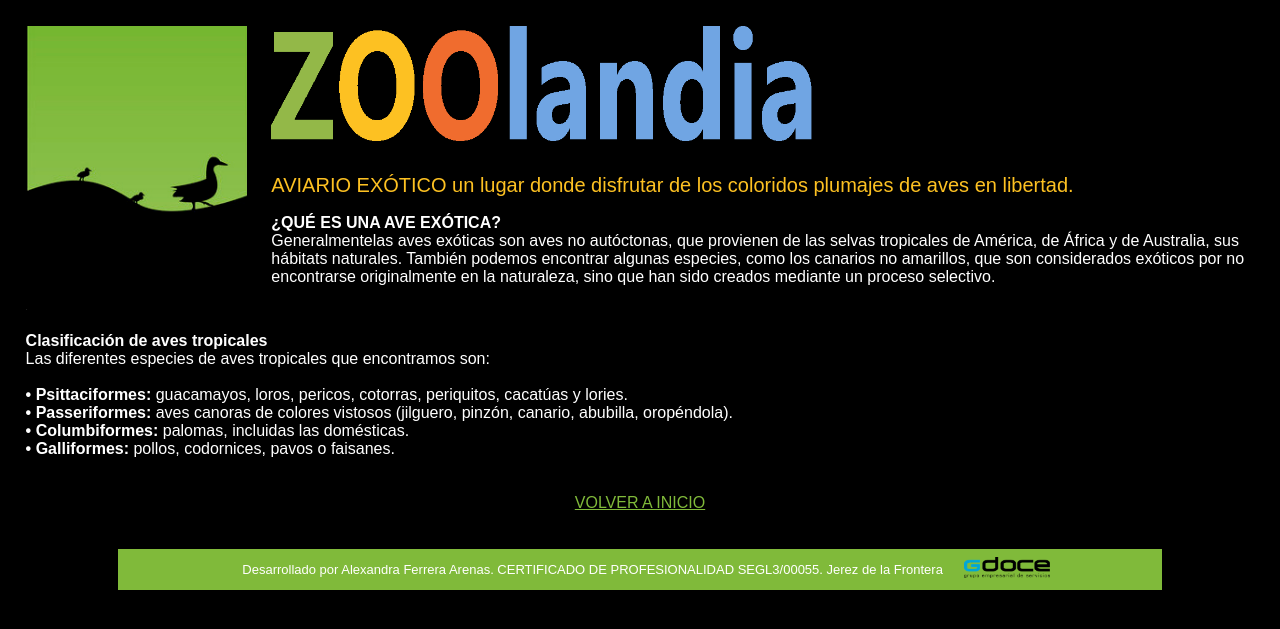
Repository: iSaan86/EV_Pr-ctica_Zoolandia
Page: aviario.html
The author's editor kept a copy of each file at every save. The page is drawn from the files as they stood at one save, then again after the next save.
The browser window is 1280 px wide. The pictures show the whole page.

Above is the page before, as saved 2023-11-27 18:37:45.

### aviario.html
<!DOCTYPE html>
<html lang="es-ES">
	<head>
		<title>
			ZOOlandia Aviario
		</title>
		<meta charset="UTF-8">
		<meta name="viewport" content="width=device-width, initial-scale=1.0">
		<meta name="keywords" content="zoo, aventura, naturaleza, aviario, sabana">
		<meta name="description" content="Aviario Exótico ZOOlandia">
		<meta name="author" content="Alexandra Ferrera Arenas">
		<link rel="icon" type="image/x-icon" href="img/favicon.png">

    </head>

    <body style="background-color:black;font-family: Arial, Helvetica, sans-serif; padding: 2%; margin:0">
     <!--Seccion de arriba-->
     <!--Imagen y texto-->
        <section style="display: flex; width: 100%;">
            <article style="width: 20%; justify-content: center;">
                <img src="img/imagen1.jpg" alt="Aviario Exótico" title="Aviario Exótico" width="90%">
            </article>
            <article style="width: 80%">
                <section>
                    <img src="img/zoolandia_titulo.gif" alt="Zoolandia Logo" width="55%" style="text-align: left;">
                </section>
                <section style="margin:3% 0%">
                    <h2 style="color:#fdc122; text-align: left; font-weight: normal; font-size: 20px;">
                        AVIARIO EXÓTICO un lugar donde disfrutar de los coloridos plumajes de aves en libertad.
                    </h2>
                    <p style="color: white;font-weight: lighter;">
                        <strong> ¿QUÉ ES UNA AVE EXÓTICA?</strong>
                        <br>Generalmentelas aves exóticas son aves no autóctonas, que provienen de las selvas tropicales de América, de África y de Australia, sus hábitats naturales. También podemos encontrar algunas especies, como los canarios no amarillos, que son considerados exóticos por no encontrarse originalmente en la naturaleza, sino que han sido creados mediante un proceso selectivo.
                    </p>
                </section>
            </article>
        </section>
    <!--Texto Clasificación Aves-->

        <section>
            <p  style="color: white; font-weight: lighter;">
                <strong> Clasificación de aves tropicales</strong>
                <br>Las diferentes especies de aves tropicales que encontramos son:
                <br><br><strong>• Psittaciformes:</strong> guacamayos, loros, pericos, cotorras, periquitos, cacatúas y lories.
                <br><strong>• Passeriformes:</strong> aves canoras de colores vistosos (jilguero, pinzón, canario, abubilla, oropéndola).
                <br><strong>• Columbiformes:</strong> palomas, incluidas las domésticas.
                <br><strong>• Galliformes:</strong> pollos, codornices, pavos o faisanes.
            </p>
        </section>

    <!--Enlace Volver a Inicio-->
       <section style="width: 100%; justify-content: center; align-items:center; text-align: center; margin: 3% 0%">
        <a href="index.html" style="color:#80ba3a"> VOLVER A INICIO</a>
       </section>

    <!--Pie de página-->
        <footer style="display: flex; width: 100%; margin:3% 0%; align-items: center; justify-content: center; text-align: center">
            <section style="display: flex; width: 85%; background-color:#80ba3a; align-items: center; justify-content: center; text-align: center;">
     <!--Texto pie de página-->
                <article style="width: 75%; text-align: right;">
                    <p style="color:white; font-size: 13px;width: 100%;">
                Desarrollado por Alexandra Ferrera Arenas. CERTIFICADO DE PROFESIONALIDAD SEGL3/00055. Jerez de la Frontera
                    </p>
                </article>
     <!--Logo Gdoce pie de página-->
                <article style="width: 15%; margin-left: 2%; text-align: left">
                    <img src="img/logo.png" alt="Logo G-Doce" width="55%">
                </article>
            </section>
        </footer>

    </body>
</html>

After the next save:
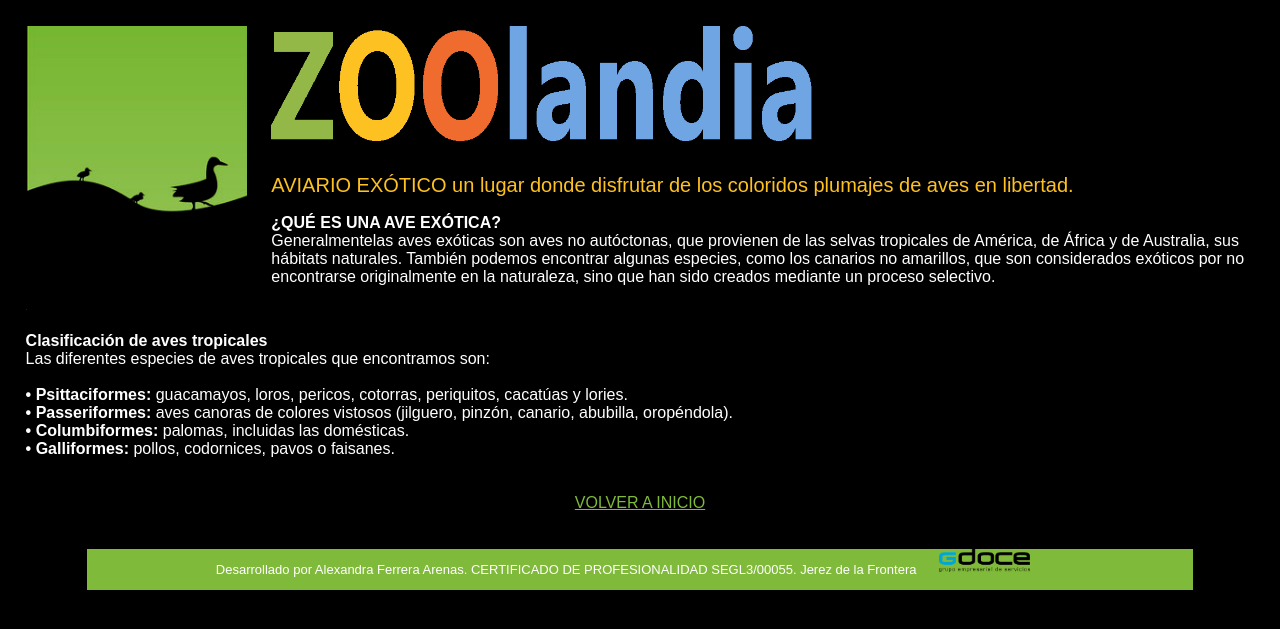
Saved 21 s later.
--- a/aviario.html
+++ b/aviario.html
@@ -55,7 +55,7 @@
 
     <!--Pie de página-->
         <footer style="display: flex; width: 100%; margin:3% 0%; align-items: center; justify-content: center; text-align: center">
-            <section style="display: flex; width: 85%; background-color:#80ba3a; align-items: center; justify-content: center; text-align: center;">
+            <section style="display: flex; width: 90%; background-color:#80ba3a">
      <!--Texto pie de página-->
                 <article style="width: 75%; text-align: right;">
                     <p style="color:white; font-size: 13px;width: 100%;">
